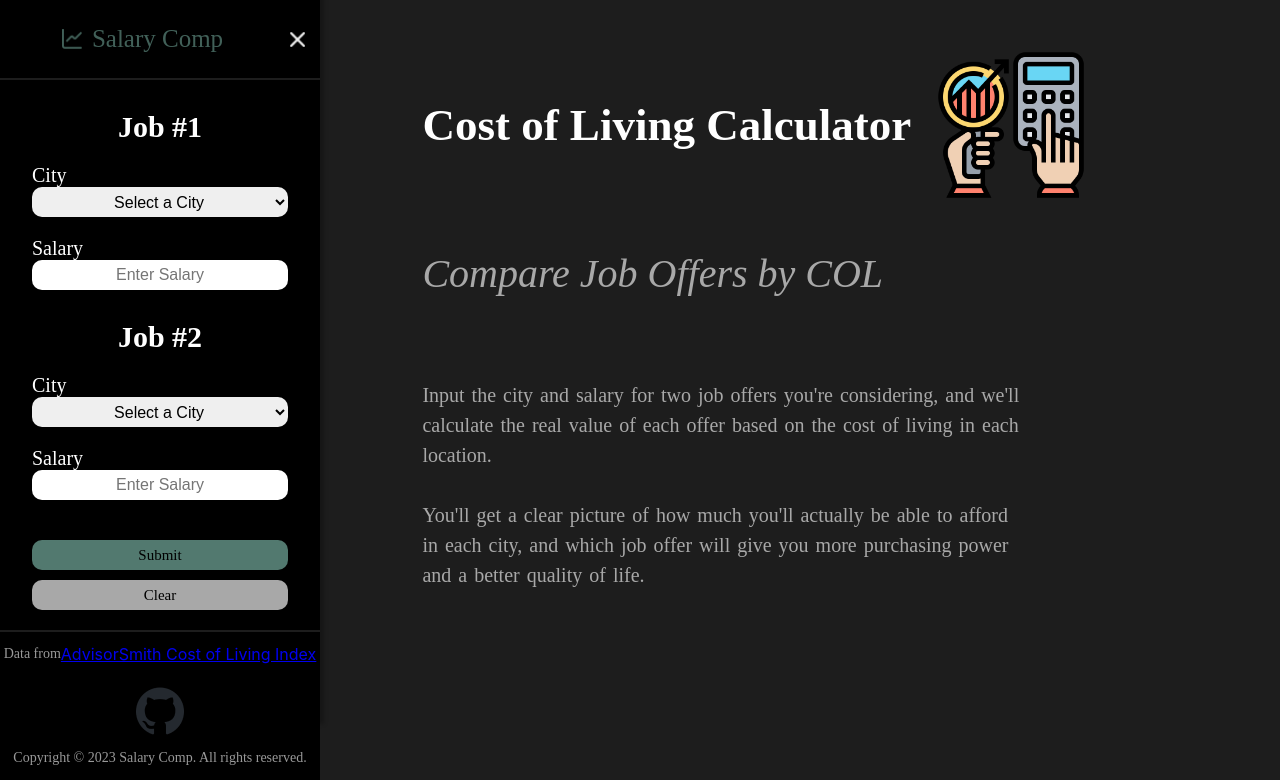
Repository: robbymcd/Salary-Comp
Page: /
An editor plug-in stored every save of this project. The page is shown before and after the next save, followed by the edit.
The browser window is 1280 px wide. The pictures show the whole page.
Some web fonts or font styles are not loaded; a fallback is used. The project was rebuilt for these pictures with package versions that can differ from the ones it lists, and the page was loaded fresh each time. Also part of the build but not shown: src/Main.css, src/Main.js.

Above is the page before, as saved 2023-06-16 11:40:49.

### public/index.html
<!DOCTYPE html>
<html lang="en">
  <head>
    <meta charset="utf-8" />
    <link rel="icon" href="%PUBLIC_URL%/favicon.ico" />
    <meta name="viewport" content="width=device-width, initial-scale=1" />
    <meta name="theme-color" content="#000000" />
    <meta
      name="description"
      content="Compare Job Offers by COL"
    />
    <link rel="apple-touch-icon" href="%PUBLIC_URL%/logo192.png" />
    <!--
      manifest.json provides metadata used when your web app is installed on a
      user's mobile device or desktop. See https://developers.google.com/web/fundamentals/web-app-manifest/
    -->
    <link rel="manifest" href="%PUBLIC_URL%/manifest.json" />
    <!--
      Notice the use of %PUBLIC_URL% in the tags above.
      It will be replaced with the URL of the `public` folder during the build.
      Only files inside the `public` folder can be referenced from the HTML.

      Unlike "/favicon.ico" or "favicon.ico", "%PUBLIC_URL%/favicon.ico" will
      work correctly both with client-side routing and a non-root public URL.
      Learn how to configure a non-root public URL by running `npm run build`.
    -->
    <title>Salary Comp</title>
  </head>
  <body>
    <noscript>You need to enable JavaScript to run this app.</noscript>
    <div id="root"></div>
    <!--
      This HTML file is a template.
      If you open it directly in the browser, you will see an empty page.

      You can add webfonts, meta tags, or analytics to this file.
      The build step will place the bundled scripts into the <body> tag.

      To begin the development, run `npm start` or `yarn start`.
      To create a production bundle, use `npm run build` or `yarn build`.
    -->
  </body>
</html>

### src/index.css
body {
  margin: 0;
  font-family: -apple-system, BlinkMacSystemFont, 'Segoe UI', 'Roboto', 'Oxygen',
    'Ubuntu', 'Cantarell', 'Fira Sans', 'Droid Sans', 'Helvetica Neue',
    sans-serif;
  -webkit-font-smoothing: antialiased;
  -moz-osx-font-smoothing: grayscale;
  height: 100%;
  width: 100%;
}

html {
  height: 100%;
  width: 100%;
  background-color: #1D1D1D;
}

code {
  font-family: source-code-pro, Menlo, Monaco, Consolas, 'Courier New',
    monospace;
}

### src/App.js
import React, { useState } from 'react';
import './App.css';
import Sidebar from './Sidebar.js';
import Content from './Content.js';

function App() {
  const [isSubmitted, setIsSubmitted] = useState(false);
  const [cityCOL1, setCityCOL1] = useState('');
  const [cityCOL2, setCityCOL2] = useState('');
  const [cityName1, setCityName1] = useState('');
  const [cityName2, setCityName2] = useState('');
  const [salary1, setSalary1] = useState('');
  const [salary2, setSalary2] = useState('');

  const handleFormSubmit = (formData) => {
    setIsSubmitted(true);
    setCityCOL1(formData.cityCOL1);
    setCityCOL2(formData.cityCOL2);
    setCityName1(formData.cityName1);
    setCityName2(formData.cityName2);
    setSalary1(formData.salary1);
    setSalary2(formData.salary2);
  };

  return (
    <div className="main">
        <Sidebar onFormSubmit={handleFormSubmit}/>
        <Content isSubmitted={isSubmitted} cityCOL1={cityCOL1} cityCOL2={cityCOL2} cityName1={cityName1} cityName2={cityName2} salary1={salary1} salary2={salary2} />
    </div>
  );
}

export default App;

### src/App.css
.main {
    display: flex;
    flex-direction: row;
    height: 200%;
    width: 100%;
    background-color: #1D1D1D;
}

### src/Sidebar.js
import React, { useState, useRef } from 'react';
import plus from './plus.png';
import './Sidebar.css';
import chart from './chart.png';
import github from './github.png';
import x from './x.png';
import './OpenSidebar.css';
import './Select.css';

export default function Sidebar( { onFormSubmit } ) {
    const [isOpen, setIsOpen] = useState(true);
    const [isClosed, setIsClosed] = useState(false);

    const [city1, setCity1] = useState('0');
    const [city2, setCity2] = useState('0');

    const [salary1, setSalary1] = useState('');
    const [salary2, setSalary2] = useState('');


    const [error, setError] = useState(false);

    const selectRef1 = useRef(null);
    const selectRef2 = useRef(null);

    const formatSalary = (salary) => {
        salary = salary.replace(/[^0-9]/g, '');

        // Convert the salary to a number and format it with commas
        const formattedSalary = Number(salary).toLocaleString();

        // Add the '$' symbol
        return '$' + formattedSalary;
    }

    const openSidebar = () => {
        setIsOpen(true);
        setIsClosed(false);
    }

    const closeSidebar = () => {
        setIsOpen(false);
        setIsClosed(true);
    }

    const city1ChangeHandler = (event) => {
        setCity1(event.target.value)
    }

    const city2ChangeHandler = (event) => {
        setCity2(event.target.value);
    }


    const salary1ChangeHandler = (event) => {
        const inputValue = event.target.value;
        const formattedValue = formatSalary(inputValue);
        const regex = /\d/;

        if (regex.test(formattedValue[formattedValue.length - 1])) {
          setSalary1(formattedValue);
        } else {
            setSalary1(formattedValue.slice(0, formattedValue.length - 1));
        }
      }


    const salary2ChangeHandler = (event) => {
        const inputValue = event.target.value;
        const formattedValue = formatSalary(inputValue);
        const regex = /\d/;
        if (regex.test(formattedValue[formattedValue.length - 1])) {
            setSalary2(formattedValue);
        } else {
            setSalary2(formattedValue.slice(0, formattedValue.length - 1));
        }
    }

    const refresh = () => {
        window.location.reload(false);
    }

    const submitHandler = (event) => {
        event.preventDefault();
        if (city1 === '0' | city2 === '0' | salary1 === '' | salary2 === '') {
            setError(true);
            return;
        }
        setError(false);
        const formData = {
            cityCOL1: city1,
            cityCOL2: city2,
            cityName1: selectRef1.current.options[selectRef1.current.selectedIndex].text,
            cityName2: selectRef2.current.options[selectRef2.current.selectedIndex].text,
            salary1: salary1,
            salary2: salary2
        };
        onFormSubmit(formData);
    }

    const clearHandler = (event) => {
        event.preventDefault();
        setError(false);
        setCity1('0');
        setCity2('0');
        setSalary1('');
        setSalary2('');
    }

    return (
        <div className="sidebar">
            {isClosed && (
                <div className='closed-sidebar'>
                <img
                    className="plusIcon"
                    src={plus}
                    alt="plus"
                    onClick={openSidebar}
                />
            </div>
            )}
            {isOpen && (
                <div className='open-sidebar'>
                <div className='sidebar-header'>
                    <div className='logo' onClick={refresh}>
                        <img className='chart' src={chart} alt='Chart'></img>
                        <p>Salary Comp</p>
                    </div>
                    <img className='x' src={x} alt='x' onClick={closeSidebar}></img>
                </div>
                <form className='form' onSubmit={onFormSubmit}>
                    <h1>Job #1</h1>
                    <div className='city'>
                        <label>City</label>
                        <div className="select-main">
                            <select ref={selectRef1} value={city1} className='select-input' onChange={city1ChangeHandler}>
                                <option value='0'>Select a City</option>
                                <option value='89.1'>Abilene, TX</option>
                                <option value='90.5'>Adrian, MI</option>
                                <option value='89.4'>Akron, OH</option>
                                <option value='85.8'>Alamogordo, NM</option>
                                <option value='87.3'>Albany, GA</option>
                                <option value='105.4'>Albany, OR</option>
                                <option value='100.1'>Albany, NY</option>
                                <option value='90.9'>Albertville, AL</option>
                                <option value='92.9'>Albuquerque, NM</option>
                                <option value='86.2'>Alexandria, LA</option>
                                <option value='98.9'>Allentown, PA</option>
                                <option value='90.8'>Altoona, PA</option>
                                <option value='88.2'>Amarillo, TX</option>
                                <option value='91.5'>Ames, IA</option>
                                <option value='110.7'>Anchorage, AK</option>
                                <option value='99.3'>Ann Arbor, MI</option>
                                <option value='85.7'>Anniston, AL</option>
                                <option value='90.7'>Appleton, WI</option>
                                <option value='103.3'>Asheville, NC</option>
                                <option value='87.4'>Ashtabula, OH</option>
                                <option value='88.5'>Athens, OH</option>
                                <option value='92.9'>Athens, TX</option>
                                <option value='95'>Athens, GA</option>
                                <option value='100.3'>Atlanta, GA</option>
                                <option value='102'>Atlantic City, NJ</option>
                                <option value='93.7'>Auburn, NY</option>
                                <option value='91.9'>Auburn, AL</option>
                                <option value='91.6'>Augusta, GA</option>
                                <option value='100'>Augusta, ME</option>
                                <option value='106.6'>Austin, TX</option>
                                <option value='102.9'>Bakersfield, CA</option>
                                <option value='107'>Baltimore, MD</option>
                            </select>
                        </div>
                    </div>
                    <div className='salary'>
                        <label>Salary</label>
                        <input className='salary-input' type='text' placeholder='Enter Salary' onChange={salary1ChangeHandler} value={salary1}></input>
                    </div>
                    <h1>Job #2</h1>
                    <div className='city'>
                        <label>City</label>
                        <div className="select-main">
                            <select ref={selectRef2} value={city2} className='select-input' onChange={city2ChangeHandler}>
                                <option value='0'>Select a City</option>
                                <option value='89.1'>Abilene, TX</option>
                                <option value='90.5'>Adrian, MI</option>
                                <option value='89.4'>Akron, OH</option>
                                <option value='85.8'>Alamogordo, NM</option>
                                <option value='87.3'>Albany, GA</option>
                                <option value='105.4'>Albany, OR</option>
                                <option value='100.1'>Albany, NY</option>
                                <option value='90.9'>Albertville, AL</option>
                                <option value='92.9'>Albuquerque, NM</option>
                                <option value='86.2'>Alexandria, LA</option>
                                <option value='98.9'>Allentown, PA</option>
                                <option value='90.8'>Altoona, PA</option>
                                <option value='88.2'>Amarillo, TX</option>
                                <option value='91.5'>Ames, IA</option>
                                <option value='110.7'>Anchorage, AK</option>
                                <option value='99.3'>Ann Arbor, MI</option>
                                <option value='85.7'>Anniston, AL</option>
                                <option value='90.7'>Appleton, WI</option>
                                <option value='103.3'>Asheville, NC</option>
                                <option value='87.4'>Ashtabula, OH</option>
                                <option value='88.5'>Athens, OH</option>
                                <option value='92.9'>Athens, TX</option>
                                <option value='95'>Athens, GA</option>
                                <option value='100.3'>Atlanta, GA</option>
                                <option value='102'>Atlantic City, NJ</option>
                                <option value='93.7'>Auburn, NY</option>
                                <option value='91.9'>Auburn, AL</option>
                                <option value='91.6'>Augusta, GA</option>
                                <option value='100'>Augusta, ME</option>
                                <option value='106.6'>Austin, TX</option>
                                <option value='102.9'>Bakersfield, CA</option>
                                <option value='107'>Baltimore, MD</option>
                            </select>
                        </div>
                    </div>
                    <div className='salary'>
                        <label>Salary</label>
                        <input className='salary-input' type='text' placeholder='Enter Salary' onChange={salary2ChangeHandler} value={salary2}></input>
                        {error && <p className='error'>Please fill out all fields</p>}
                    </div>
                    <div className='button-container'>
                        <div className='submit-container'>
                            <button className='submit' onClick={submitHandler} type='submit'>Submit</button>
                        </div>
                        <div className='clear-container'>
                            <button className='clear' onClick={clearHandler}>Clear</button>
                        </div>
                    </div>
                </form>
                <div className='footer'>
                    <div className='hiw'>
                        <p>Data from </p>
                        <a href='https://advisorsmith.com/data/coli' target='_blank' rel='noopener noreferrer'>AdvisorSmith Cost of Living Index</a>
                    </div>
                    <img className='github' src={github} alt='github'></img>
                    <p className='copyright'>Copyright © 2023 Salary Comp. All rights reserved.</p>
                </div>
            </div>
            )}
        </div>
    );
}

### src/Content.js
import React from 'react';
import './Content.css';
import Instruction from './Instruction.js';
import Main from './Main.js';

export default function Content({ isSubmitted ,cityCOL1 ,cityCOL2, cityName1, cityName2 , salary1, salary2 }) {

    return (
        <div className='Content-container'>
            {isSubmitted ? <Main cityCOL1={cityCOL1} cityCOL2={cityCOL2} cityName1={cityName1} cityName2={cityName2} salary1={salary1} salary2={salary2}/> : <Instruction />}
        </div>
    );
}

### src/Sidebar.css
@import url('https://fonts.googleapis.com/css?family=Roboto-Mono');
@import url('https://fonts.googleapis.com/css?family=Mukta-Vaani');
.sidebar {
    display: flex;
    height: 100vh;
    width: fit-content;
}

.closed-sidebar {
    display: flex;
    height: 100vh;
    width: fit-content;
    margin-right: 22vw;
}

.plusIcon {
    height: 30px;
    width: 30px;
    margin-left: 20px;
    align-self: center;
    cursor: pointer;
}

.plusIcon:hover {
    opacity: 0.5;
}

.error {
    display: flex;
    font-size: 15px;
    margin-bottom: -15px;
    color: #BA1F33;
}

.button-container {
    display: flex;
    flex-direction: column;
    gap: 10px;
    margin-top: 20px;
}

.submit-container {
    display: flex;
}

.submit {
    height: 30px;
    width: clamp(100px, 20vw, 300px);
    border-radius: 10px;
    border: none;
    outline: none;
    cursor: pointer;
    background-color: #52796F;
    font-family: Mukta Vaani;
    font-size: 15px;
    color: #000;
    box-shadow: 0px 4px 4px rgba(0, 0, 0, 0.25);
}

.submit:hover {
    opacity: 0.8;
}

.clear-container {
    display: flex;
}

.clear {
    height: 30px;
    width: clamp(100px, 20vw, 300px);
    border-radius: 10px;
    border: none;
    outline: none;
    cursor: pointer;
    background-color: #a8a8a8;
    font-family: Mukta Vaani;
    font-size: 15px;
    color: #000;
    box-shadow: 0px 4px 4px rgba(0, 0, 0, 0.25);
}

.clear:hover {
    opacity: 0.8;
}

@media screen and (min-width: 1650px) {
    .button-container {
        gap: 20px;
    }
}

### src/OpenSidebar.css
@import url('https://fonts.googleapis.com/css?family=Roboto-Mono');
@import url('https://fonts.googleapis.com/css?family=Mukta-Vaani');

.open-sidebar {
    display: flex;
    flex-direction: column;
    height: 100vh;
    width: 25vw;
    background-color: #000;
    box-shadow: 0px 0px 4px 4px rgba(0, 0, 0, 0.25);
    margin-right: 8vw;
    transition: transform 0.3s ease-in-out;
}

.sidebar-header {
    display: flex;
    width: 25vw;
    border-bottom: 2px solid #1d1d1d;
    justify-content: space-between;
    align-items: center;
}

.sidebar-wrapper {
    display: inline-block;
}

.centering {
    display: flex;
    flex-direction: row;
    width: 100%;
    align-self: center;
    align-items: center;
    justify-content: center;
}

.logo {
    display: flex;
    flex-direction: row;
    width: 100%;
    align-items: center;
    justify-content: center;
    gap: 10px;
    cursor: pointer;
}

.logo:hover {
    opacity: .8;
}

.logo p {
    font-family: Roboto Mono;
    color: #52796F;
    font-size: 25px;
}

.chart {
    height: 20px;
    width: 20px;
}

.city {
    display: flex;
    flex-direction: column;
    font-family: Mukta Vaani;
    font-style: normal;
    font-weight: 300;
    font-size: 20px;
    color: #fff;
}

.salary{
    display: flex;
    flex-direction: column;
    font-family: Mukta Vaani;
    font-style: normal;
    font-weight: 300;
    font-size: 20px;
    color: #fff;
}

.salary label {
    display: flex;
    justify-self: center;
}

.form {
    display: flex;
    flex-direction: column;
    font-family: Mukta Vaani;
    height: 100%;
    align-items: center;
    gap: 20px;
    border-bottom: 2px solid #1d1d1d;
    justify-content: center;
    padding: 20px;
}

.form h1 {
    color: #fff;
    font-family: Roboto Mono;
    font-size: 30px;
    font-weight: 700;
    font-style: normal;
    text-align: center;
    margin-top: 10px;
    margin-bottom: 0px;
}

select {
    cursor: pointer;
}

input {
    text-decoration: none;
    height: 30px;
    width: clamp(100px, 20vw, 300px);
    border-radius: 10px;
    outline: none;
    border: none;
    padding: 0;
    text-align: center;
    font-size: 16px;
    cursor: pointer;
}

.salarycomp {
    height: 80px;
    width: 360px;
}

.x {
    height: 25px;
    width: 25px;
    cursor: pointer;
    margin-right: 10px;
}

.x:hover {
    opacity: 0.5;
    transition: ease-in-out 0.2s;
}

.footer {
    display: flex;
    flex-direction: column;
    align-items: center;
    justify-content: center;
    width: 100%;
    background-color: #000;
}

.footer p {
    color: #fff;
    opacity: .6;
    font-family: 'Mukta Vaani';
    font-style: normal;
    font-weight: 300;
    font-size: 14px;
}

.hiw {
    display: flex;
    flex-direction: row;
    align-items: center;
    justify-content: center;
    margin-bottom: 0;
}

.hiw p {
    font-size: 14px;
    font-weight: 300;
    font-family: 'Mukta Vaani';
    opacity: .6;
    color: #fff;
}

.hiv a {
    font-size: 14px;
    font-weight: 300;
    font-family: 'Mukta Vaani';
    color: blue;
}

.github {
    height: 50px;
    width: 50px;
    margin-top: 10px;
    cursor: pointer;
}

.github:hover {
    opacity: 0.8;
}

@media screen and (max-width: 1000px) {
    .footer p {
        font-size: 10px;
    }
}

@media screen and (min-height: 800px) {
    .form h1 {
        margin-top: 0;
        margin-bottom: 20px;
    }

    input {
        margin-bottom: 50px;
    }
}

### src/Select.css
.select-main {
    text-decoration: none;
    height: 30px;
    width: clamp(100px, 20vw, 300px);
    border-radius: 10px;
    outline: none;
    text-align: center;
    font-size: 16px;
}

.select-main select {
    text-align: center;
    text-decoration: none;
    outline: none;
    border: none;
    height: 30px;
    width: clamp(100px, 20vw, 300px);
    border-radius: 10px;
    font-size: 16px;
    padding-left: 10px;
}

### src/Content.css
@import url('https://fonts.googleapis.com/css?family=Kadwa');
@import url('https://fonts.googleapis.com/css?family=Hind-Madurai');

.Content-container {
    display: flex;
    width: 100%;
}

.header {
    display: flex;
    flex-direction: row;
    align-items: center;
    margin-top: 50px;
    gap: 25px;
}

.content h1 {
    font-family: Kadwa;
    font-weight: bold;
    font-size: 45px;
    height: 100%;
    margin: 0;
}

.content h2 {
    font-family: Hind Madurai;
    font-size: 40px;
    color: #a8a8a8;
    margin-top: 50px;
    width: 75%;
    font-weight: 500;
    font-style: italic;
}

.content p {
    display: flex;
    width: 50vw;
    font-family: Hind Madurai;
    font-size: 20px;
    color: #a8a8a8;
    word-spacing: 2px;
    line-height: 1.5;
    margin-top: 50px;
    width: 70%;
}

.content {
    display: flex;
    flex-direction: column;
    color: #fff;
    height: fit-content;
    width: 100%;
    justify-items: center;
}

.calculator {
    display: flex;
    height: 150px;
    width: 150px;
}

### src/Instruction.js
import calculator from './calculator.png';

export default function Instruction() {
    return (
        <div className="content">
            <div className="header">
                <h1>Cost of Living Calculator</h1>
                <img className="calculator" src={calculator} alt='calculator'></img>
            </div>
            <h2>Compare Job Offers by COL</h2>
            <p>Input the city and salary for two job offers you're considering, and we'll calculate the real value of each offer based on the cost of living in each location.<br/><br/>You'll get a clear picture of how much you'll actually be able to afford in each city, and which job offer will give you more purchasing power and a better quality of life.
            </p>
        </div>
    );
}

Loaded but not shown: src/index.js (common file); src/reportWebVitals.js (common file)

After the next save:
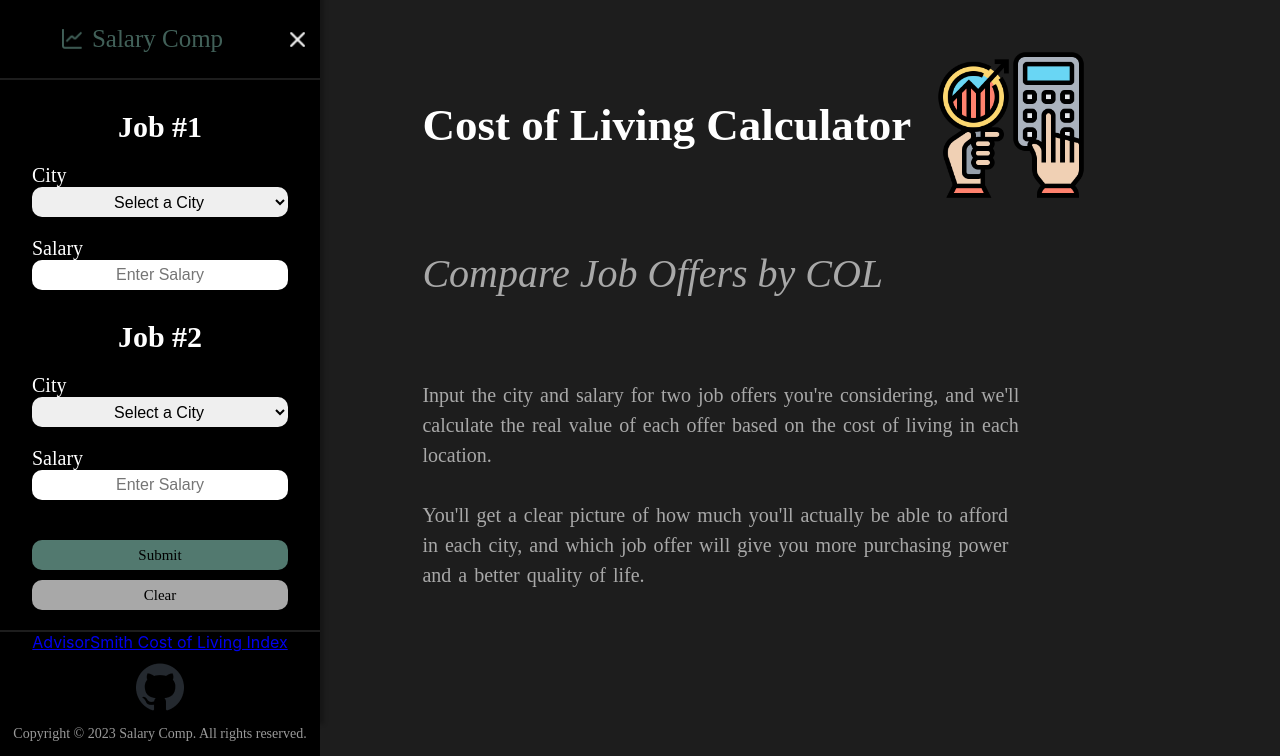
Saved 33 s later.
--- a/src/Sidebar.js
+++ b/src/Sidebar.js
@@ -231,7 +231,6 @@ export default function Sidebar( { onFormSubmit } ) {
                 </form>
                 <div className='footer'>
                     <div className='hiw'>
-                        <p>Data from </p>
                         <a href='https://advisorsmith.com/data/coli' target='_blank' rel='noopener noreferrer'>AdvisorSmith Cost of Living Index</a>
                     </div>
                     <img className='github' src={github} alt='github'></img>
